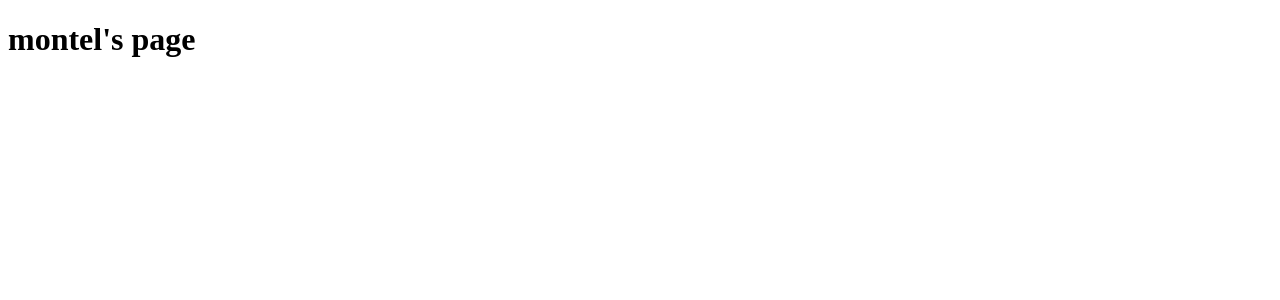
Repository: mnhardy1504/odin-recipes1
Page: repos/java-practice/index.html
These files come from the project's save history. The page is drawn as it stood at one moment and after the next save; the edit follows.
The browser window is 1280 px wide. The pictures show the whole page.

Above is the page before, as saved 2023-09-11 19:30:47.
Console error: SyntaxError: Invalid or unexpected token

### repos/java-practice/index.html
<!DOCTYPE html>
<html>
<head>
  <meta charset="UTF-8">
  <title>Page Title</title>
</head>
<body>
  <h1> montel's page </h1>
  <script>
    // Your JavaScript goes here!
    var foo = "bar";
    console.log("Hello, World!", foo);
    foo= 7;
    console.log(foo + 5);
    const v1 = 1;
    const v2 = "2;
    const v3 = 2;
    console.log(v1 + v3);
    console.log(v1 + v2);
    console.log(v2 + v1);
  </script>
</body>
</html>

After the next save:
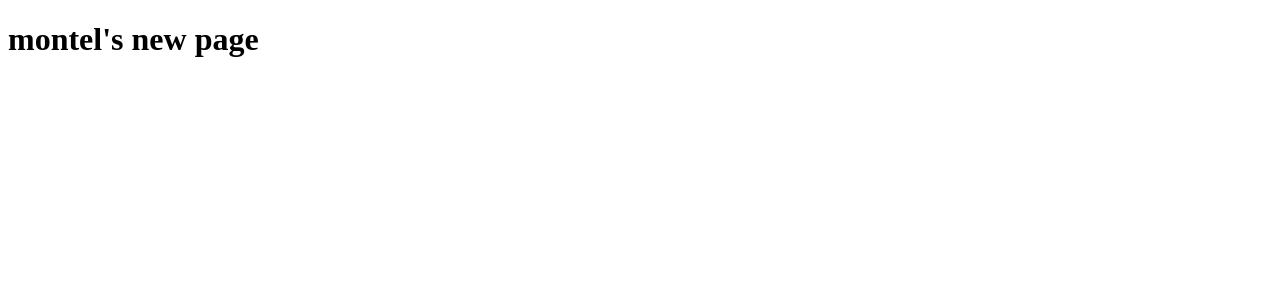
The error is gone.
Saved 7 min 30 s later.
--- a/repos/java-practice/index.html
+++ b/repos/java-practice/index.html
@@ -5,7 +5,7 @@
   <title>Page Title</title>
 </head>
 <body>
-  <h1> montel's page </h1>
+  <h1> montel's new page </h1>
   <script>
     // Your JavaScript goes here!
     var foo = "bar";
@@ -13,7 +13,7 @@
     foo= 7;
     console.log(foo + 5);
     const v1 = 1;
-    const v2 = "2;
+    const v2 = "2";
     const v3 = 2;
     console.log(v1 + v3);
     console.log(v1 + v2);
